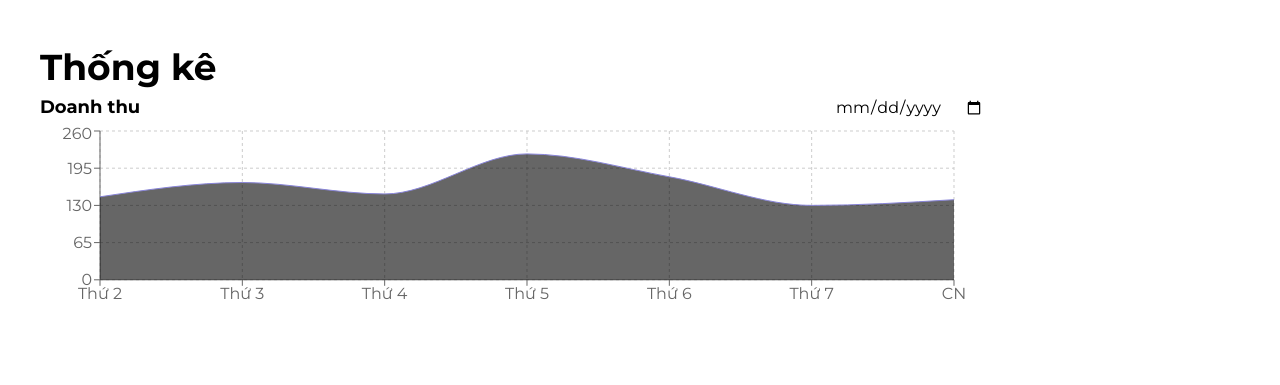
Repository: iphoneboy46/AltaMediaCMS
Page: /
These files come from the project's save history. The page is drawn as it stood at one moment and after the next save; the edit follows.
The browser window is 1280 px wide. The pictures show the whole page.
Some web libraries are served in a nearby version. The project was rebuilt for these pictures with package versions that can differ from the ones it lists, and the page was loaded fresh each time.

Above is the page before, as saved 2023-03-26 22:22:09.

### public/index.html
<!DOCTYPE html>
<html lang="en">
  <head>
    <meta charset="utf-8" />
    <link rel="icon" href="%PUBLIC_URL%/favicon.ico" />
    <meta name="viewport" content="width=device-width, initial-scale=1" />
    <meta name="theme-color" content="#000000" />
    <meta
      name="description"
      content="Web site created using create-react-app"
    />
    <link rel="apple-touch-icon" href="%PUBLIC_URL%/logo192.png" />
    <!--
      manifest.json provides metadata used when your web app is installed on a
      user's mobile device or desktop. See https://developers.google.com/web/fundamentals/web-app-manifest/
    -->
    <link rel="manifest" href="%PUBLIC_URL%/manifest.json" />
    <!--
      Notice the use of %PUBLIC_URL% in the tags above.
      It will be replaced with the URL of the `public` folder during the build.
      Only files inside the `public` folder can be referenced from the HTML.

      Unlike "/favicon.ico" or "favicon.ico", "%PUBLIC_URL%/favicon.ico" will
      work correctly both with client-side routing and a non-root public URL.
      Learn how to configure a non-root public URL by running `npm run build`.
    -->
    <link rel="stylesheet" href="https://cdnjs.cloudflare.com/ajax/libs/font-awesome/6.3.0/css/all.min.css" integrity="sha512-SzlrxWUlpfuzQ+pcUCosxcglQRNAq/DZjVsC0lE40xsADsfeQoEypE+enwcOiGjk/bSuGGKHEyjSoQ1zVisanQ==" crossorigin="anonymous" referrerpolicy="no-referrer" />
    <title>React App</title>
  </head>
  <body>
    <noscript>You need to enable JavaScript to run this app.</noscript>
    <div id="root"></div>
    <!--
      This HTML file is a template.
      If you open it directly in the browser, you will see an empty page.

      You can add webfonts, meta tags, or analytics to this file.
      The build step will place the bundled scripts into the <body> tag.

      To begin the development, run `npm start` or `yarn start`.
      To create a production bundle, use `npm run build` or `yarn build`.
    -->
  </body>
</html>

### src/App.tsx

import './App.css';
import Home from './components/Home/Home';
import MenuBar from './components/Menu/MenuBar';

function App() {
  return (
    <div className="App">
      {/* <MenuBar /> */}
      <Home />
    </div>
  );
}

export default App;

### src/App.css
@import url('https://fonts.googleapis.com/css2?family=Montserrat:wght@300;400;500;700&display=swap');

*{
  margin: 0;
  padding: 0;
  box-sizing: border-box;
  font-family: 'Montserrat', sans-serif;
}

### src/components/Home/Home.tsx
import React from 'react'
import Charts from '../Charts/Charts'

function Home() {
  return (
    <div className="w-[80%] bg-[white] p-10">
        <div className="">
            <h1 className="text-[black] text-[36px] font-[700]">Thống kê</h1>
        </div>
        <div className="flex items-center justify-between">
           <div> <h2 className="text-[black] text-[18px] font-[600]">Doanh thu</h2></div>
           <div>
             <input className="" type="date" value="" />
           </div>
        </div>
        <Charts />
    </div>
  )
}

export default Home

### src/components/Charts/Charts.tsx
import React from "react";
import {
  AreaChart,
  Area,
  XAxis,
  YAxis,
  CartesianGrid,
  Tooltip,
  ResponsiveContainer,
} from "recharts";
function Charts() {
  const data = [
    {

      name: "Thứ 2",

      uv: 145,

    },
    {
      name: "Thứ 3",
      uv: 170,

    },
    {
      name: "Thứ 4",
      uv: 150,

    },
    {
      name: "Thứ 5",
      uv: 220,

    },
    {
      name: "Thứ 6",
      uv: 180,

    },
    {
      name: "Thứ 7",
      uv: 130,

    },
    {
      name: "CN",
      uv: 140,

    },
  ];

  return (
    <div className="w-[100%] h-[100%] ">
      <ResponsiveContainer width="100%" aspect={5}>
        <AreaChart
          width={500}
          height={400}
          data={data}
          margin={{
            top: 10,
            right: 30,
            left: 0,
            bottom: 0,
          }}
        >
          <CartesianGrid strokeDasharray="3 3" />
          <XAxis   dataKey="name" />
          <YAxis dataKey="label" type="number" domain={[0, 260]} />
          <Tooltip />
          <Area
            type="monotone"
            dataKey="uv"
            stackId="1"
            stroke="#8884d8"
            fill="#000"
          />
        </AreaChart>
      </ResponsiveContainer>
    </div>
  );
}

export default Charts;

### tailwind.config.js

module.exports = {
  content: [
    "./src/**/*.{js,jsx,ts,tsx}",
    ],
  theme: {
    extend: {},
    colors:{
        'yellowMain':"#FFB800",
         'background' :"#E5E5E5"

    }
  },
  plugins: [],
}

Loaded but not shown: src/index.tsx (common file); src/index.css (common file); src/reportWebVitals.ts (common file)

After the next save:
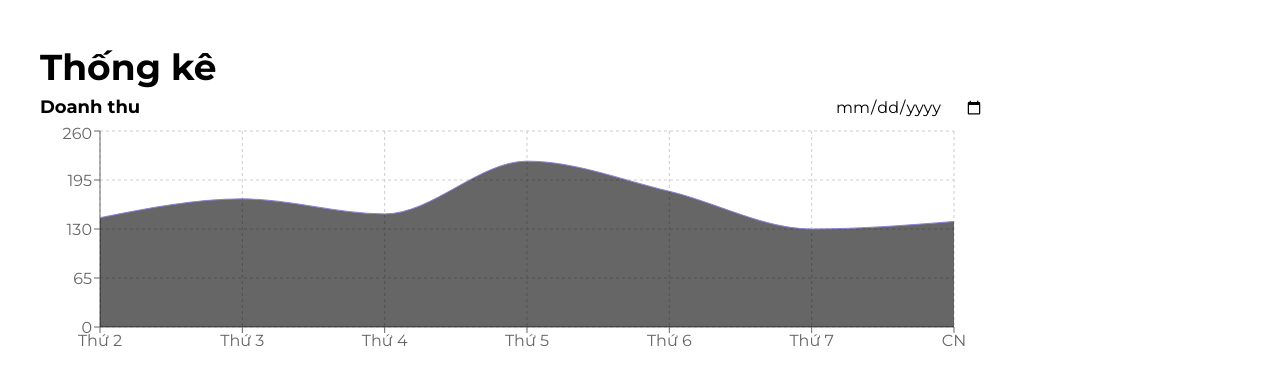
Saved 15 s later.
--- a/src/components/Charts/Charts.tsx
+++ b/src/components/Charts/Charts.tsx
@@ -51,7 +51,7 @@ function Charts() {
 
   return (
     <div className="w-[100%] h-[100%] ">
-      <ResponsiveContainer width="100%" aspect={5}>
+      <ResponsiveContainer width="100%" aspect={4}>
         <AreaChart
           width={500}
           height={400}
